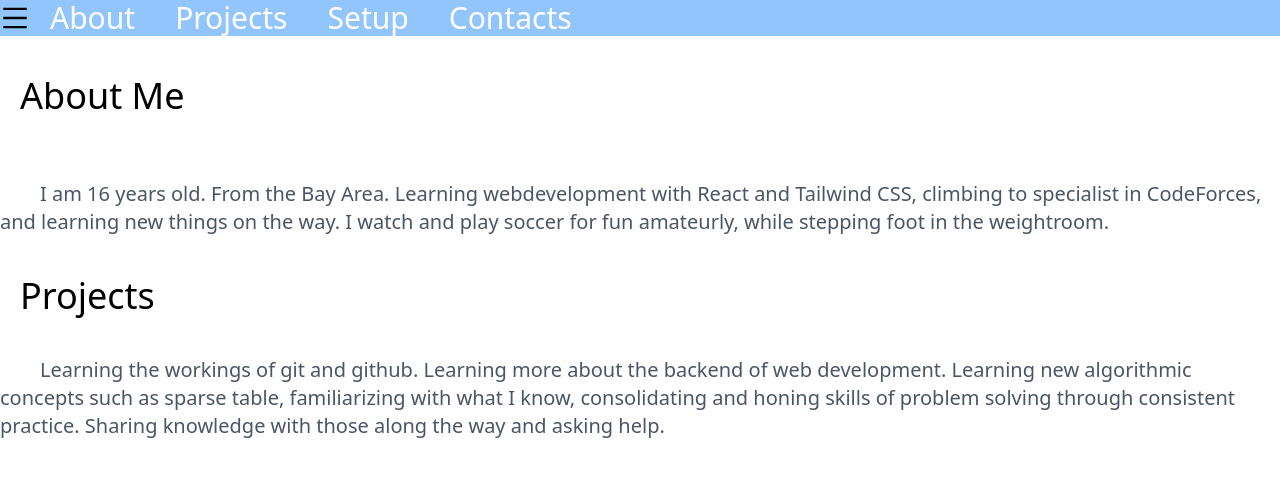
Repository: joshuayanggithub/joshua-yang-website
Page: /
The author's editor kept a copy of each file at every save. The page is drawn from the files as they stood at one save, then again after the next save.
The browser window is 1280 px wide. The pictures show the whole page.
The project was rebuilt for these pictures with package versions that can differ from the ones it lists, and the page was loaded fresh each time.

Above is the page before, as saved 2023-01-06 22:34:42.

### public/index.html
<!DOCTYPE html>
<html lang="en">
  <head>
    <meta charset="utf-8" />
    <link rel="icon" href="%PUBLIC_URL%/favicon.ico" />
    <meta name="viewport" content="width=device-width, initial-scale=1" />
    <meta name="theme-color" content="#000000" />
    <meta
      name="description"
      content="Web site created using create-react-app"
    />
    <link rel="apple-touch-icon" href="%PUBLIC_URL%/logo192.png" />
    <!--
      manifest.json provides metadata used when your web app is installed on a
      user's mobile device or desktop. See https://developers.google.com/web/fundamentals/web-app-manifest/
    -->
    <link rel="manifest" href="%PUBLIC_URL%/manifest.json" />
    <!--
      Notice the use of %PUBLIC_URL% in the tags above.
      It will be replaced with the URL of the `public` folder during the build.
      Only files inside the `public` folder can be referenced from the HTML.

      Unlike "/favicon.ico" or "favicon.ico", "%PUBLIC_URL%/favicon.ico" will
      work correctly both with client-side routing and a non-root public URL.
      Learn how to configure a non-root public URL by running `npm run build`.
    -->
    <title>Joshua Yang</title>
  </head>
  <body>
    <noscript>You need to enable JavaScript to run this app.</noscript>
    <div id="root"></div>
    <!--
      This HTML file is a template.
      If you open it directly in the browser, you will see an empty page.

      You can add webfonts, meta tags, or analytics to this file.
      The build step will place the bundled scripts into the <body> tag.

      To begin the development, run `npm start` or `yarn start`.
      To create a production bundle, use `npm run build` or `yarn build`.
    -->
  </body>
</html>

### src/App.js
import NavBar from "./components/NavBar";
import About from "./components/About";
import Contacts from "./components/Contacts";
import Setup from "./components/Setup";
import Projects from "./components/Projects";

function App() {
  return (
    <>
      <NavBar />
      <About />
      <Contacts />
      <Projects />
      <Setup />
    </>
  );
}

export default App;

### src/components/NavBar.jsx
import React from "react";
import {AiOutlineMenu} from 'react-icons/ai'

const NavBar = () => {
  const links = [
    {'id': 1, 'name': 'About'},
    {'id': 2, 'name': 'Projects'},
    {'id': 3, 'name': 'Setup'},
    {'id': 4, 'name': 'Contacts'}
  ]

  return (
    <div class="flex bg-blue-300 items-center">
      <div>
        <AiOutlineMenu size={30}></AiOutlineMenu>
      </div>

      <ul class="flex">
        {
          links.map((links) =>
            <li>
              <a href='#About' class="text-3xl flex text-white px-5">{links.name}</a>
            </li>
          )
        }
      </ul>

    </div>
  );
};

export default NavBar;

### src/components/About.jsx
import React from 'react'

const About = () => {
  return (
    <div class="flex flex-col">
      <h1 class="text-black text-4xl float-left px-5 my-10">About Me</h1>
      <br></br>
      <p class="indent-10 text-gray-600 text-xl">I am 16 years old. From the Bay Area. Learning webdevelopment with React and Tailwind CSS, climbing to specialist in CodeForces, and learning new things on the way. I watch and play soccer for fun amateurly, while stepping foot in the weightroom. </p>
    </div>
  );
}

export default About

### src/components/Contacts.jsx
import React from 'react'

const Contacts = () => {
  return (
    <div>

    </div>
  );
}

export default Contacts

### src/components/Setup.jsx
import React from 'react'

const Setup = () => {
  return (
    <div>

    </div>
  );
}

export default Setup

### src/components/Projects.jsx
import React from 'react'

const Projects = () => {
  return (
    <div class="flex flex-col">
      <h1 class="text-black text-4xl float-left px-5 my-10">Projects</h1>
      <p class="indent-10 text-gray-600 text-xl">
        Learning the workings of git and github. Learning more about the backend of web development. Learning new algorithmic concepts such as sparse table, familiarizing with what I know,  consolidating and honing skills of problem solving through consistent practice. Sharing knowledge with those along the way and asking help.
      </p>
    </div>
  );
}

export default Projects

### tailwind.config.js
/** @type {import('tailwindcss').Config} */
module.exports = {
  content: [
    "./src/components/*.{html,js,jsx}",
    "./src/**/*.{html,js,jsx}",
  ],
  theme: {
    extend: {},
  },
  plugins: [],
}

Loaded but not shown: src/index.js (common file); src/index.css (common file)

After the next save:
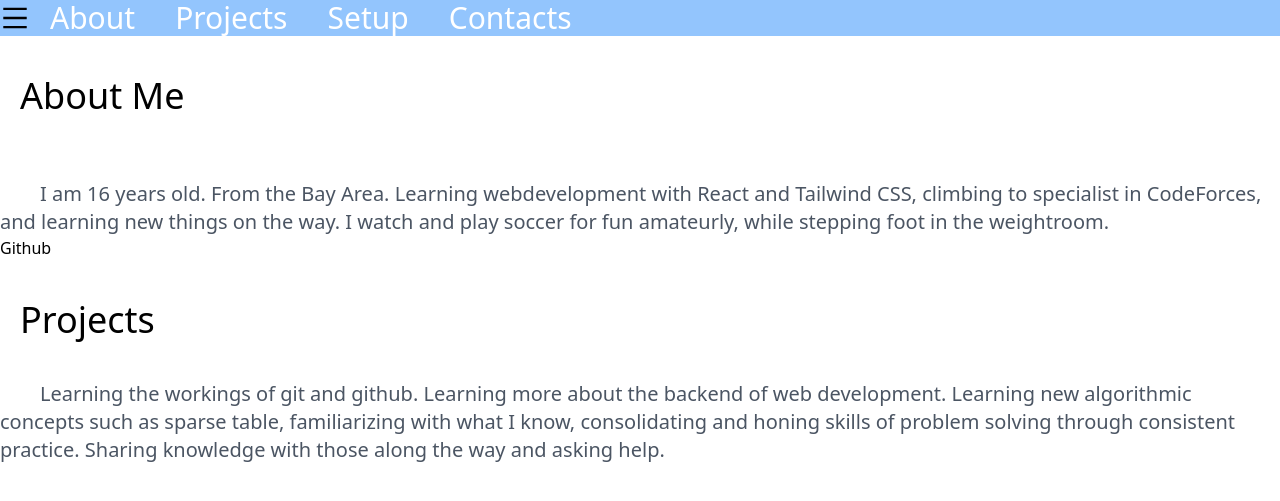
Saved 46 s later.
--- a/src/components/Contacts.jsx
+++ b/src/components/Contacts.jsx
@@ -3,7 +3,8 @@ import React from 'react'
 const Contacts = () => {
   return (
     <div>
-
+      <a href="https://github.com/joshuayanggithub">Github</a>
+      <a href=""></a>
     </div>
   );
 }
